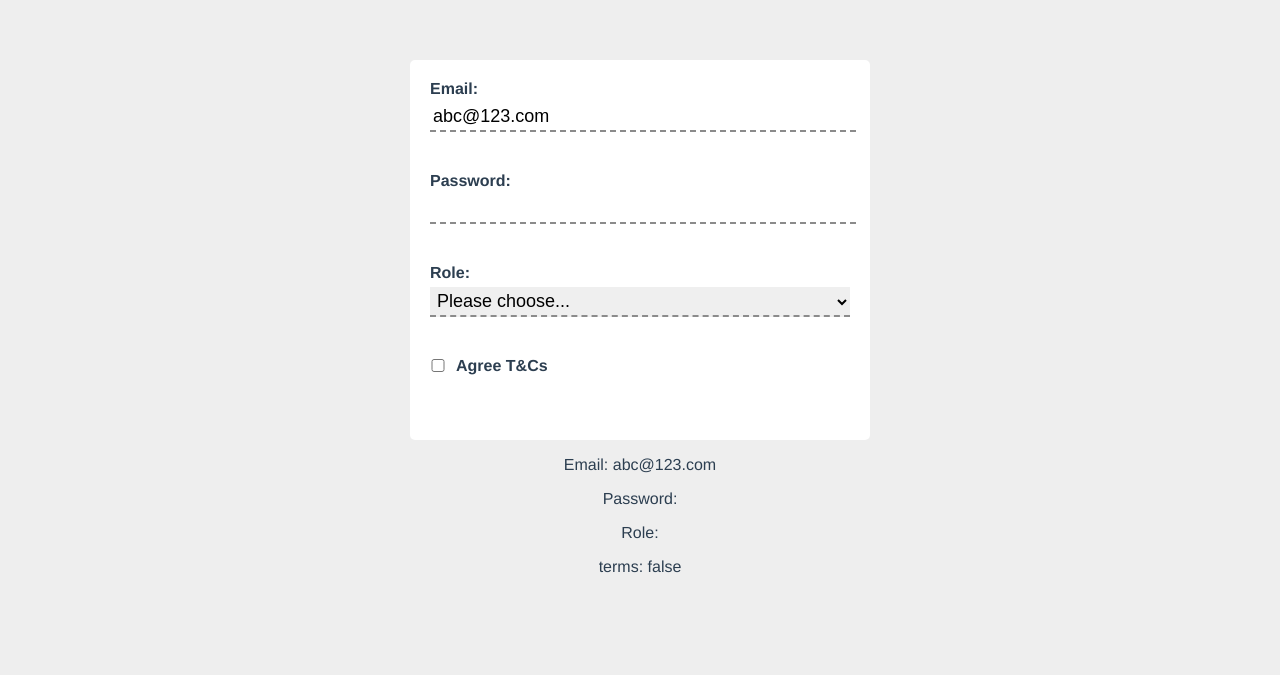
Repository: technogize/vue-forms
Page: /
An editor plug-in stored every save of this project. The page is shown before and after the next save, followed by the edit.
The browser window is 1280 px wide. The pictures show the whole page.
The project was rebuilt for these pictures with package versions that can differ from the ones it lists, and the page was loaded fresh each time.

Above is the page before, as saved 2021-02-26 14:34:04.

After the next save:
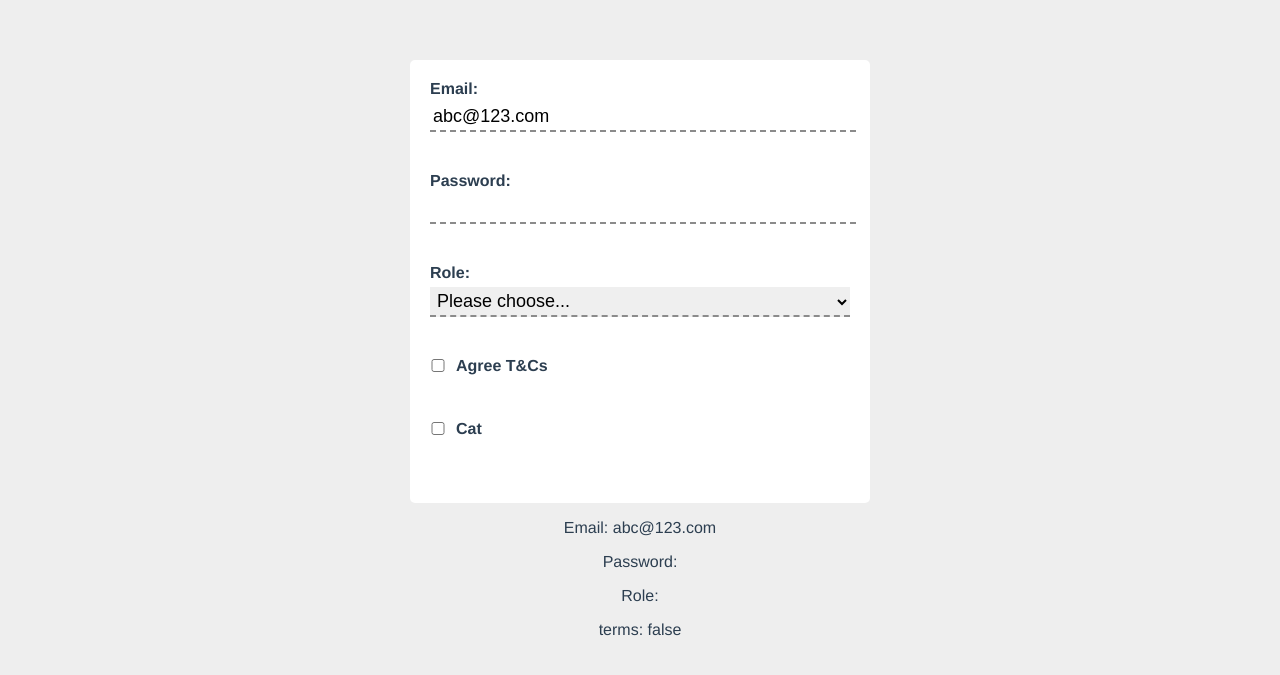
Saved 63 s later.
--- a/src/components/SignupForm.vue
+++ b/src/components/SignupForm.vue
@@ -25,6 +25,10 @@
       <input type="checkbox" required v-model="terms" />
       <label>Agree T&amp;Cs</label>
     </div>
+
+    <div class="field checkboxField">
+      <input type="checkbox" v-model="animal" /><label>Cat</label>
+    </div>
   </form>
 
   <p>Email: {{email}}</p>
@@ -40,7 +44,8 @@ export default {
       email: 'abc@123.com', // I set the default value here
       password: '',
       role: '',
-      terms: false // checkbox is a boolean
+      terms: false, // checkbox is a boolean
+      animal: ''
     }
   }
 }
